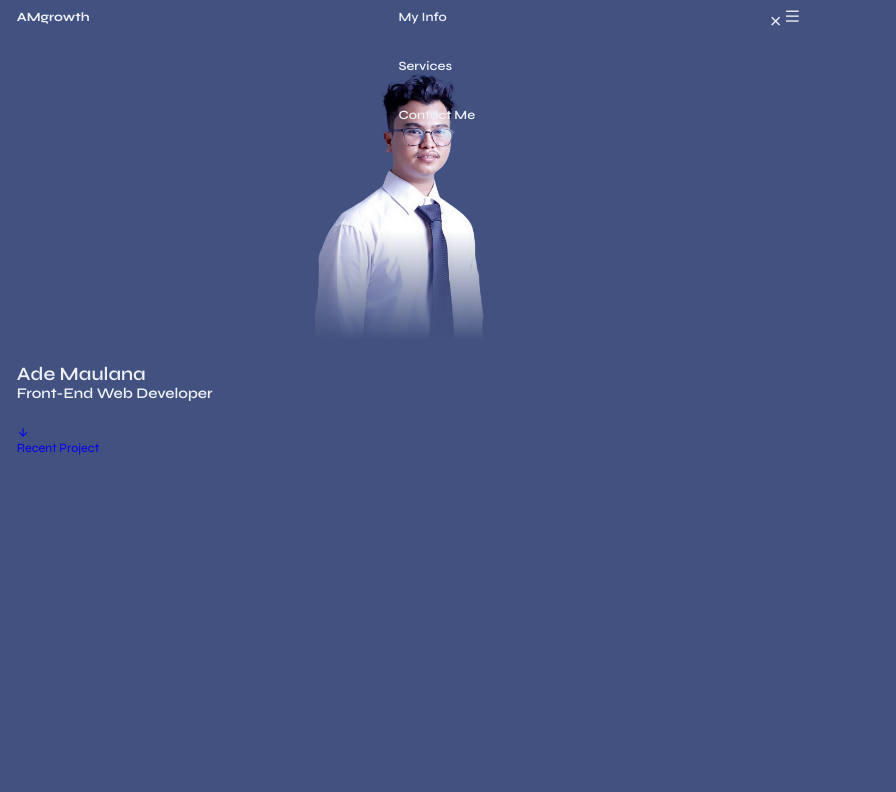
Repository: Ademaulana100499/portofolio
Page: index.html
An editor plug-in stored every save of this project. The page is shown before and after the next save, followed by the edit.
The browser window is 1280 px wide. The pictures show the whole page, at 70% of full size.
Some web fonts or font styles are not loaded; a fallback is used.

Above is the page before, as saved 2024-11-28 16:59:24.

After the next save:
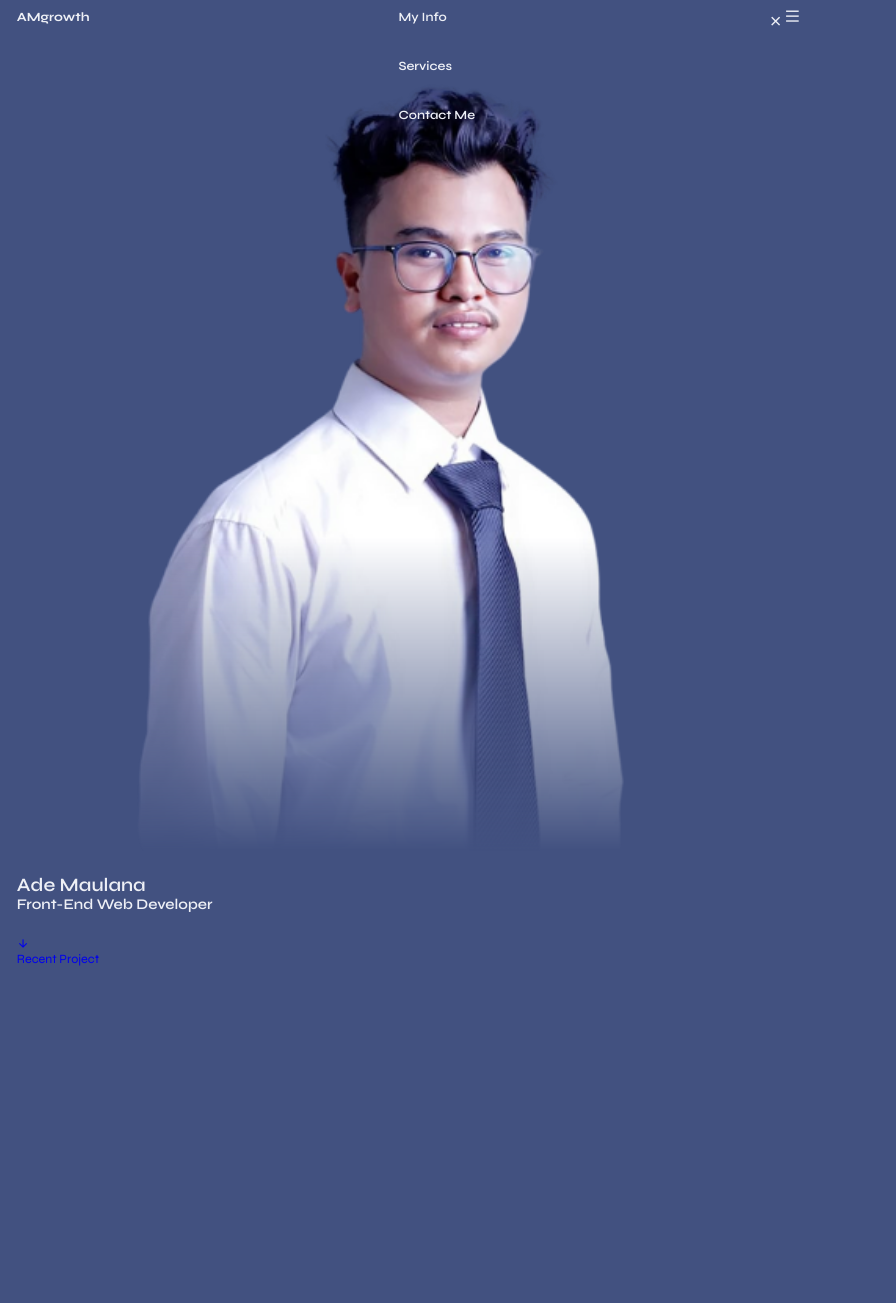
Saved 6 s later.
--- a/assets/css/style.css
+++ b/assets/css/style.css
@@ -214,7 +214,7 @@ main {
 }
 
 .home__img {
-  width: 390px;
+  width: 3900px;
   justify-self: center;
   mask-image: linear-gradient(
     to bottom,
